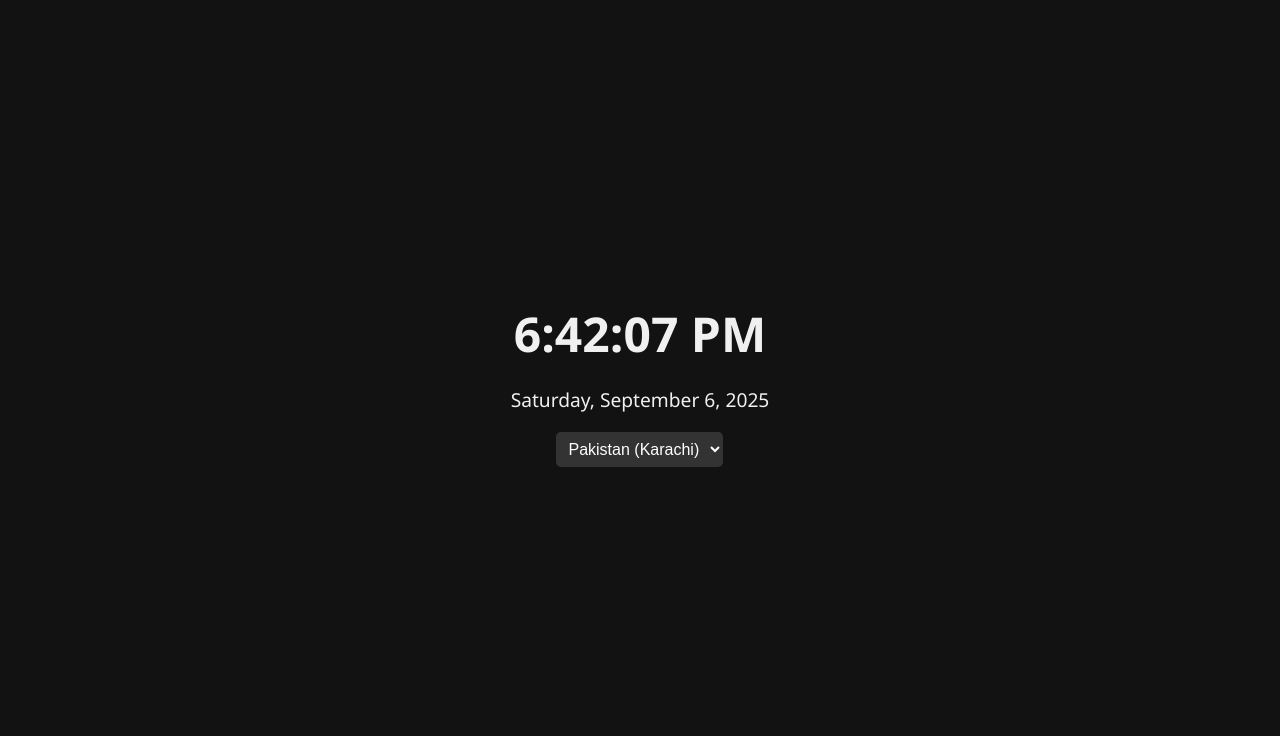
Repository: Rahim-Ullah/hexoforge-bootcamp
Page: phase-2-js-basic/digital-clock.html
An editor plug-in stored every save of this project. The page is shown before and after a run of saves, followed by the edit.
The browser window is 1280 px wide. The pictures show the whole page.

Above is the page before, as saved 2025-09-10 15:10:32.

### phase-2-js-basic/digital-clock.html
<!DOCTYPE html>
<html lang="en">

<head>
    <meta charset="UTF-8" />
    <meta name="viewport" content="width=device-width, initial-scale=1.0" />
    <title>Digital Clock</title>
    <style>
        body {
            font-family: 'Segoe UI', sans-serif;
            background: #121212;
            color: #f0f0f0;
            display: flex;
            justify-content: center;
            align-items: center;
            height: 100vh;
        }

        .clock-container {
            text-align: center;
        }

        #time {
            font-size: 3em;
            margin-bottom: 0.2em;
        }

        #date {
            font-size: 1.2em;
            margin-bottom: 1em;
        }

        select {
            padding: 0.5em;
            font-size: 1em;
            background: #333;
            color: #fff;
            border: none;
            border-radius: 5px;
        }
    </style>
</head>

<body>
    <div class="clock-container">
        <h1 id="time"></h1>
        <p id="date"></p>
        <select id="timezone">
            <option value="Asia/Karachi">Pakistan (Karachi)</option>
            <option value="Asia/Tokyo">Japan (Tokyo)</option>
            <option value="Europe/London">UK (London)</option>
            <option value="America/New_York">USA (New York)</option>
            <option value="Asia/Kabul">USA (New York)</option>
        </select>
    </div>
    <script>
        const timeEl = document.getElementById('time');
        const dateEl = document.getElementById('date');
        const timezoneSelect = document.getElementById('timezone');

        function updateClock() {
            const tz = timezoneSelect.value;
            const now = new Date();

            const optionsTime = {
                hour: 'numeric',
                minute: 'numeric',
                second: 'numeric',
                hour12: true,
                timeZone: tz
            };

            const optionsDate = {
                weekday: 'long',
                year: 'numeric',
                month: 'long',
                day: 'numeric',
                timeZone: tz
            };

            const timeString = new Intl.DateTimeFormat('en-US', optionsTime).format(now);
            const dateString = new Intl.DateTimeFormat('en-US', optionsDate).format(now);

            timeEl.textContent = timeString;
            dateEl.textContent = dateString;
        }

        timezoneSelect.addEventListener('change', updateClock);
        setInterval(updateClock, 1000);
        updateClock(); // Initial call
    </script>
</body>

</html>

After the next 4 saves:
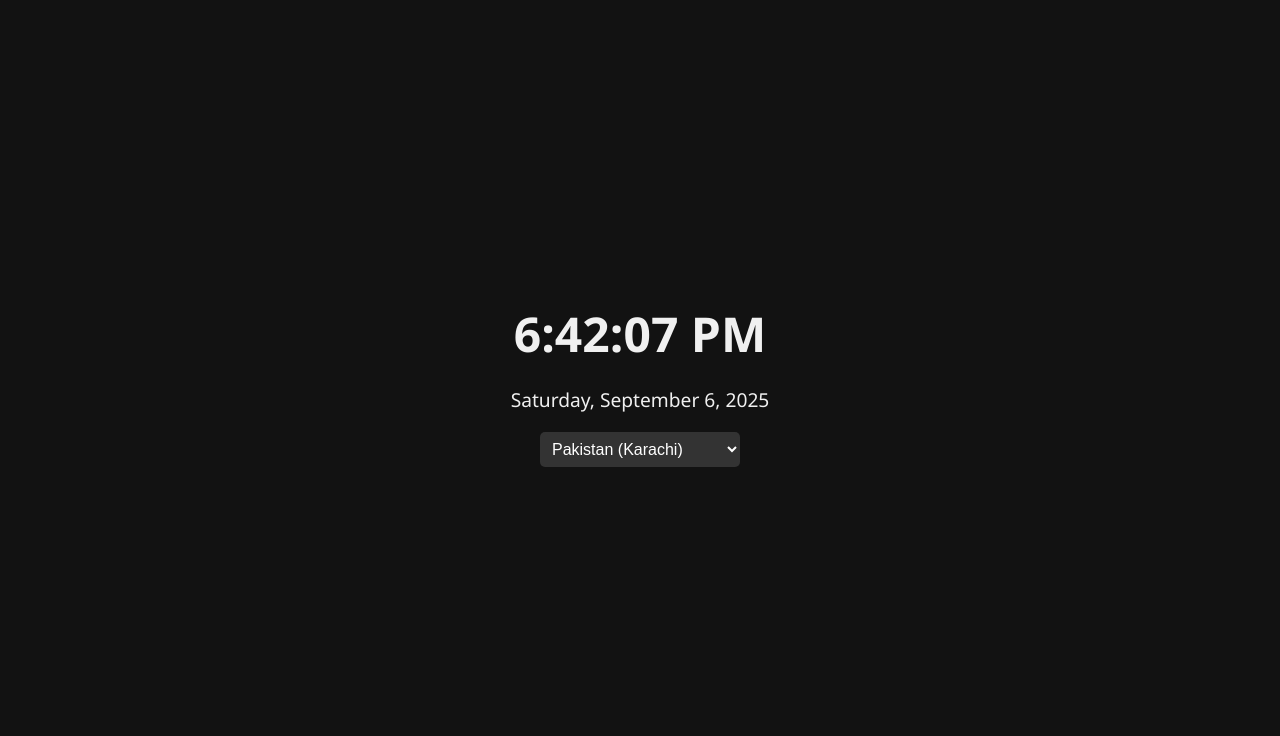
The 4 saves are shown as one change because they came seconds apart.
The last was saved 21 s later.
--- a/phase-2-js-basic/digital-clock.html
+++ b/phase-2-js-basic/digital-clock.html
@@ -50,7 +50,7 @@
             <option value="Asia/Tokyo">Japan (Tokyo)</option>
             <option value="Europe/London">UK (London)</option>
             <option value="America/New_York">USA (New York)</option>
-            <option value="Asia/Kabul">USA (New York)</option>
+            <option value="Asia/Kabul">Aghanistan (New York)</option>
         </select>
     </div>
     <script>
